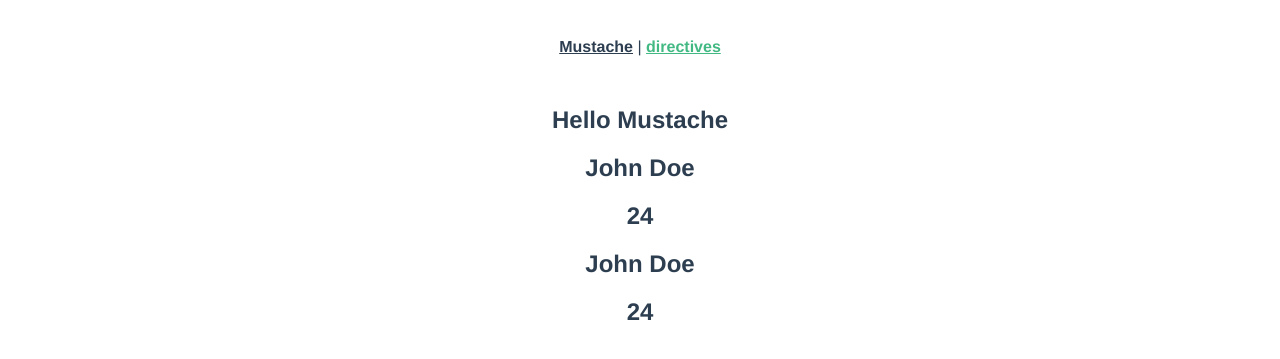
Repository: yeyanghui0616/my-vue2-learning
Page: /directives
These files come from the project's save history. The page is drawn as it stood at one moment and after the next save; the edit follows.
The browser window is 1280 px wide. The pictures show the whole page.
The project was rebuilt for these pictures with package versions that can differ from the ones it lists, and the page was loaded fresh each time. Also part of the build but not shown: src/views/Mustache.vue.

Above is the page before, as saved 2023-08-30 21:18:43.

After the next save:
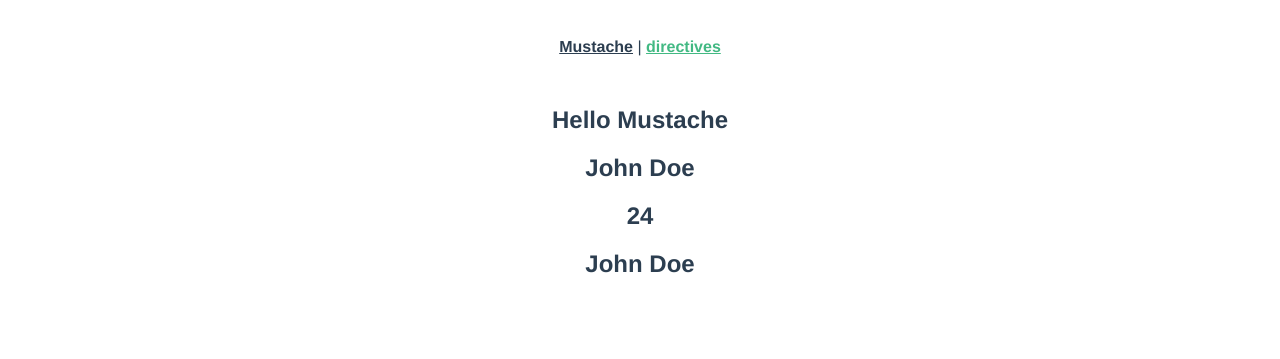
Saved 5 s later.
--- a/src/views/directives.vue
+++ b/src/views/directives.vue
@@ -7,7 +7,6 @@
 		<!-- TODO v-html -->
 		<h2>{{ link }}</h2>
 		<h2>{{ firstName }} {{ lastName }}</h2>
-		<h2>{{ counter * 2 }}</h2>
 	</div>
 </template>
 
